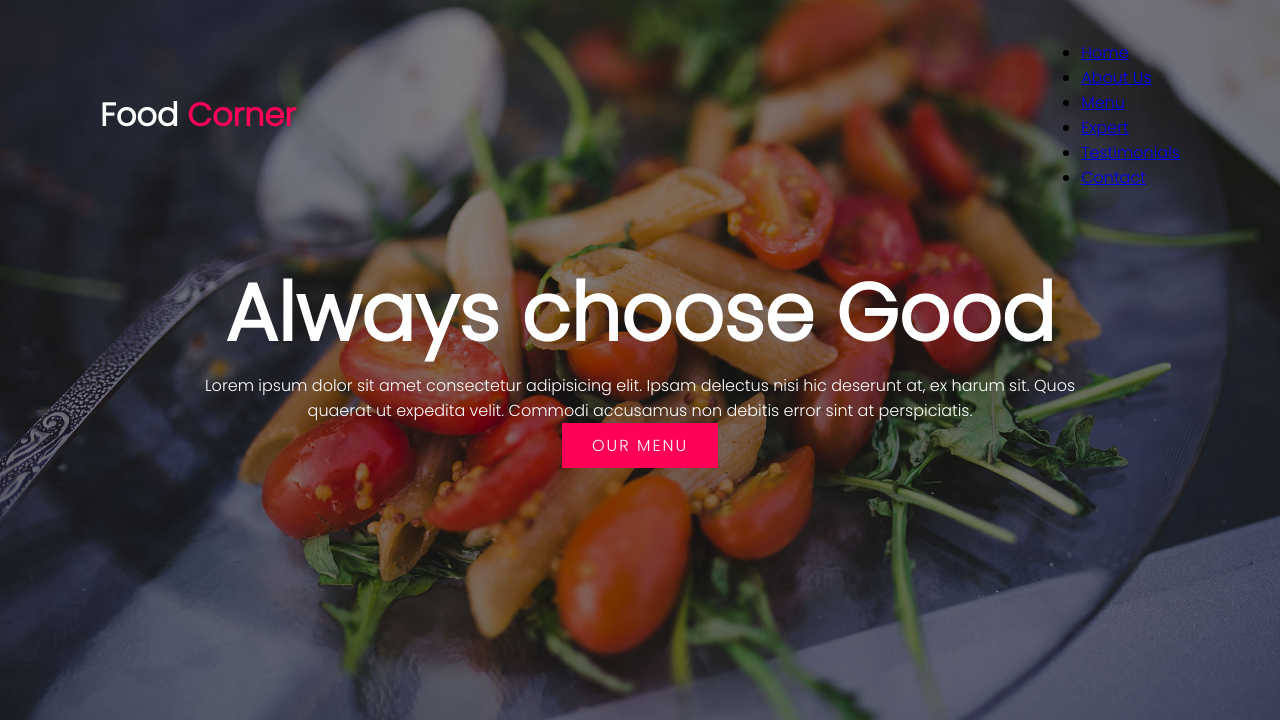
Repository: Adriandias1997/MobileFriendly_FoodWebsite
Page: index.html
The author's editor kept a copy of each file at every save. The page is drawn from the files as they stood at one save, then again after the next save.
The browser window is 1280 px wide. The pictures show the whole page.

Above is the page before, as saved 2020-10-16 11:16:32.

### index.html
<!DOCTYPE html>
<html lang="en">

<head>
    <meta charset="UTF-8">
    <meta name="viewport" content="width=device-width, initial-scale=1.0">
    <title>Food</title>
    <link rel="stylesheet" href="style.css">
</head>

<body>
    <header>
        <a href="#" class="logo">Food <span>Corner</span></a>
        <ul class="navigation">
            <li><a href="#banner">Home</a></li>
            <li><a href="#about">About Us</a></li>
            <li><a href="#menu">Menu</a></li>
            <li><a href="#expert">Expert</a></li>
            <li><a href="#testimonials">Testimonials</a></li>
            <li><a href="#contact">Contact</a></li>
        </ul>

    </header>
    <section class="banner" id="banner">
        <div class="content">
            <h2>Always choose Good</h2>
            <p>Lorem ipsum dolor sit amet consectetur adipisicing elit. Ipsam delectus nisi hic deserunt at, ex harum sit. Quos quaerat ut expedita velit. Commodi accusamus non debitis error sint at perspiciatis.</p>

            <a href="#" class="btn">Our Menu</a>
        </div>
    </section>





    <script src="index.js"></script>
</body>

</html>

### style.css
@import url("https://fonts.googleapis.com/css2?family=Poppins:wght@300&display=swap");
* {
    margin: 0;
    padding: 0;
    box-sizing: border-box;
    font-family: "Poppins", sans-serif;
}

p {
    font-weight: 300;
    color: #111;
}

.banner {
    position: relative;
    width: 100%;
    min-height: 100vh;
    display: flex;
    justify-content: center;
    align-items: center;
    background: url(./Images/bg.jpg);
    background-size: cover;
}

.banner .content {
    max-width: 900px;
    text-align: center;
}

.banner .content h2 {
    font-size: 5em;
    color: #fff;
}

.banner .content p {
    font-size: 1em;
    color: #fff;
}

.btn {
    font-size: 1em;
    color: #fff;
    background: #ff0157;
    display: inline-block;
    padding: 10px 30px;
    text-transform: uppercase;
    text-decoration: none;
    letter-spacing: 2px;
    transition: 0.5s;
}

.btn:hover {
    background-color: #fff;
    color: #ff0157;
    letter-spacing: 6px;
}

header {
    position: fixed;
    top: 0;
    left: 0;
    width: 100%;
    padding: 40px 100px;
    z-index: 10000;
    display: flex;
    justify-content: space-between;
    align-items: center;
    transition: 0.5s;
}

header .logo {
    color: #fff;
    font-weight: 700;
    text-decoration: none;
    font-size: 2em;
}

header .logo span {
    color: #ff0157;
}

Loaded but not shown: index.js (no copy from this time; the picture is the same without it)

After the next save:
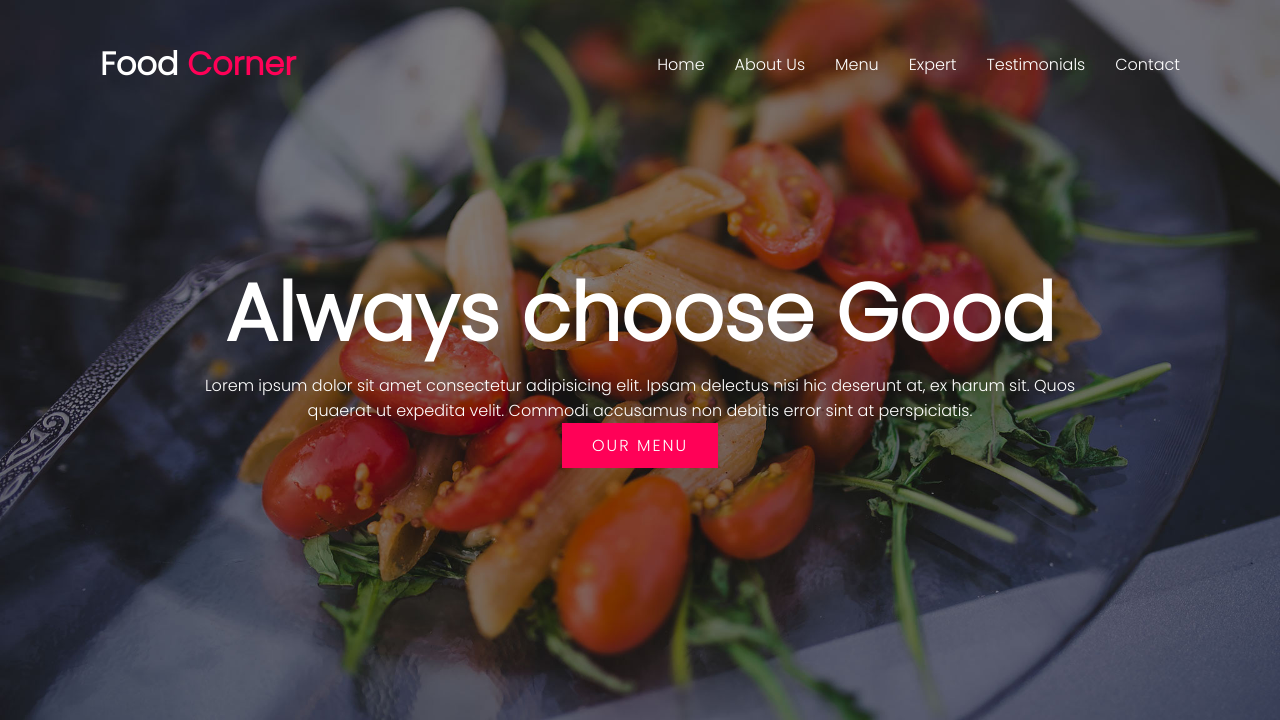
Saved 13 min 45 s later.
--- a/style.css
+++ b/style.css
@@ -78,3 +78,18 @@ header .logo {
 header .logo span {
     color: #ff0157;
 }
+
+header .navigation {
+    position: relative;
+    display: flex;
+}
+
+header .navigation li {
+    list-style: none;
+    margin-left: 30px;
+}
+
+header .navigation li a {
+    text-decoration: none;
+    color: #fff;
+}
